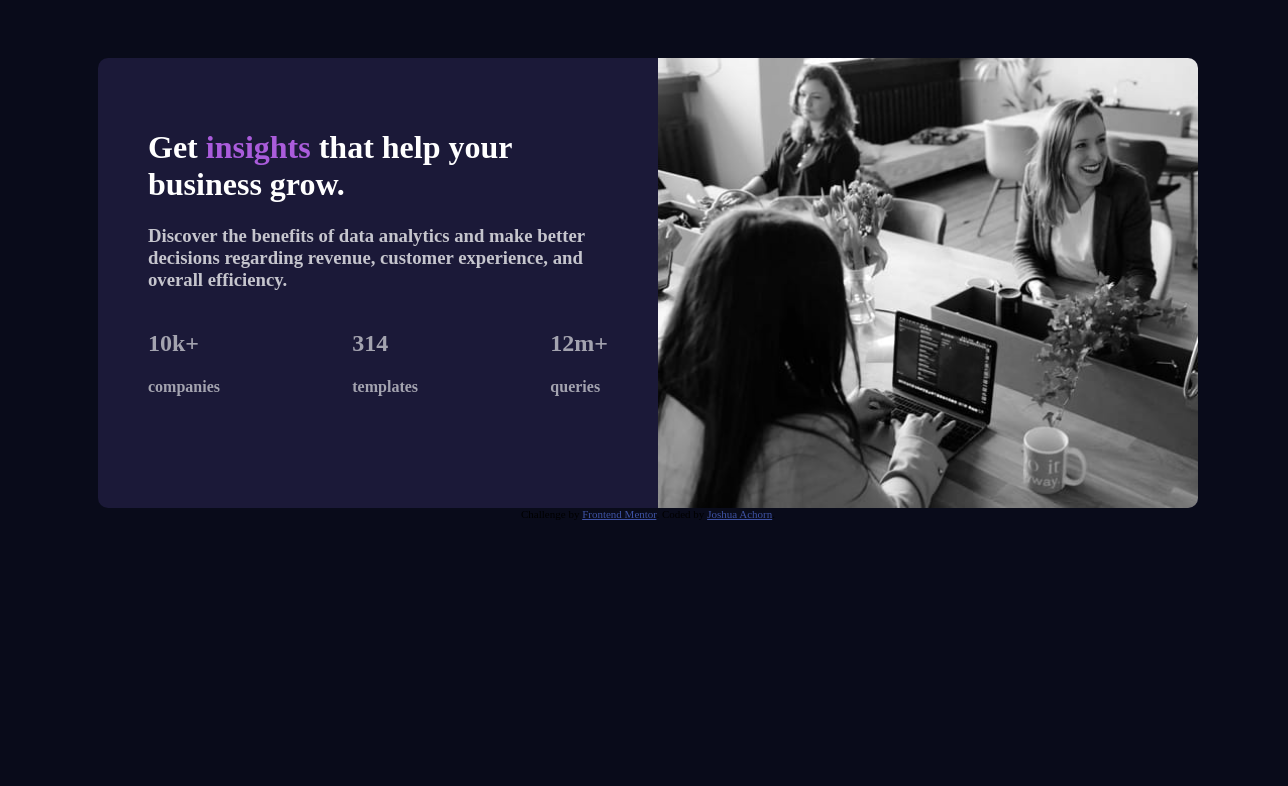
Repository: Achorn/stats-preview-card
Page: index.html
The author's editor kept a copy of each file at every save. The page is drawn from the files as they stood at one save, then again after the next save.
The browser window is 1280 px wide. The page is 1288 px wide, so the pictures cover 1288 px, including what lies to the right of the window. The pictures show the whole page.

Above is the page before, as saved 2021-06-16 20:33:31.

### index.html
<!DOCTYPE html>
<html lang="en">
  <head>
    <meta charset="UTF-8" />
    <meta name="viewport" content="width=device-width, initial-scale=1.0" />
    <!-- displays site properly based on user's device -->
    <link rel="stylesheet" href="styles.css" />
    <link
      rel="icon"
      type="image/png"
      sizes="32x32"
      href="./images/favicon-32x32.png"
    />

    <title>Frontend Mentor | Stats preview card component</title>

    <!-- Feel free to remove these styles or customise in your own stylesheet 👍 -->
    <style>
      .attribution {
        font-size: 11px;
        text-align: center;
      }
      .attribution a {
        color: hsl(228, 45%, 44%);
      }
    </style>
  </head>
  <body>
    <div id="card-container">
      <div id="text-container">
        <div id="title-container">
          <h1 id="title">
            Get <span style="color: hsl(277, 64%, 61%)">insights</span> that
            help your business grow.
          </h1>
          <h3 id="sub">
            Discover the benefits of data analytics and make better decisions
            regarding revenue, customer experience, and overall efficiency.
          </h3>
        </div>

        <div id="desc-container">
          <div id="desc">
            <h2>10k+</h2>
            <h4 id="stat">companies</h4>
          </div>
          <div id="desc">
            <h2>314</h2>
            <h4 id="stat">templates</h4>
          </div>
          <div id="desc">
            <h2>12m+</h2>
            <h4 id="stat">queries</h4>
          </div>
        </div>
      </div>
      <div id="img-container">
        <img id="stat-image" src="./images/image-header-desktop.jpg" alt="" />
      </div>
    </div>
    <div class="attribution">
      Challenge by
      <a href="https://www.frontendmentor.io?ref=challenge" target="_blank"
        >Frontend Mentor</a
      >. Coded by <a href="#">Joshua Achorn</a>.
    </div>
  </body>
</html>

### styles.css
body {
  padding-top: 50px;
  width: 100%;
  /* background-color: white; */
  background-color: hsl(233, 47%, 7%);
  height: 100vh;
  /* display: flex;
  flex-direction: column;
  justify-content: center;
  align-items: center; */
  text-align: center;
}

#card-container {
  text-align: left;
  margin: 0 auto;
  overflow: hidden;
  border-radius: 10px;
  width: 90%;
  max-width: 1100px;
  color: white;
  background-color: hsl(244, 38%, 16%);
  display: flex;
}

#text-container {
  padding: 50px;
}
#sub {
  color: hsla(0, 0%, 100%, 0.75);
}
#desc-container {
  display: flex;
  justify-content: space-between;
  flex-wrap: wrap;
}
#desc {
  color: hsla(0, 0%, 100%, 0.6);
}
#img-container {
  position: relative;
  z-index: 1;
  /* background: hsl(277, 64%, 61%); */
  margin: 0px;
  display: inline-block;
}
img {
  position: relative;
  z-index: 0;
  width: auto;
  height: 100%;
  /* opacity: 0.5; */
}

@media screen and (max-width: 1000px) {
  #card-container {
    max-width: 600px;
    text-align: center;
    width: 90%;
    flex-direction: column-reverse;
  }
  img {
    width: 100%;
    height: auto;
  }
}

@media screen and (max-width: 500px) {
  #desc-container {
    flex-direction: column;
    justify-content: center;
  }
}

After the next save:
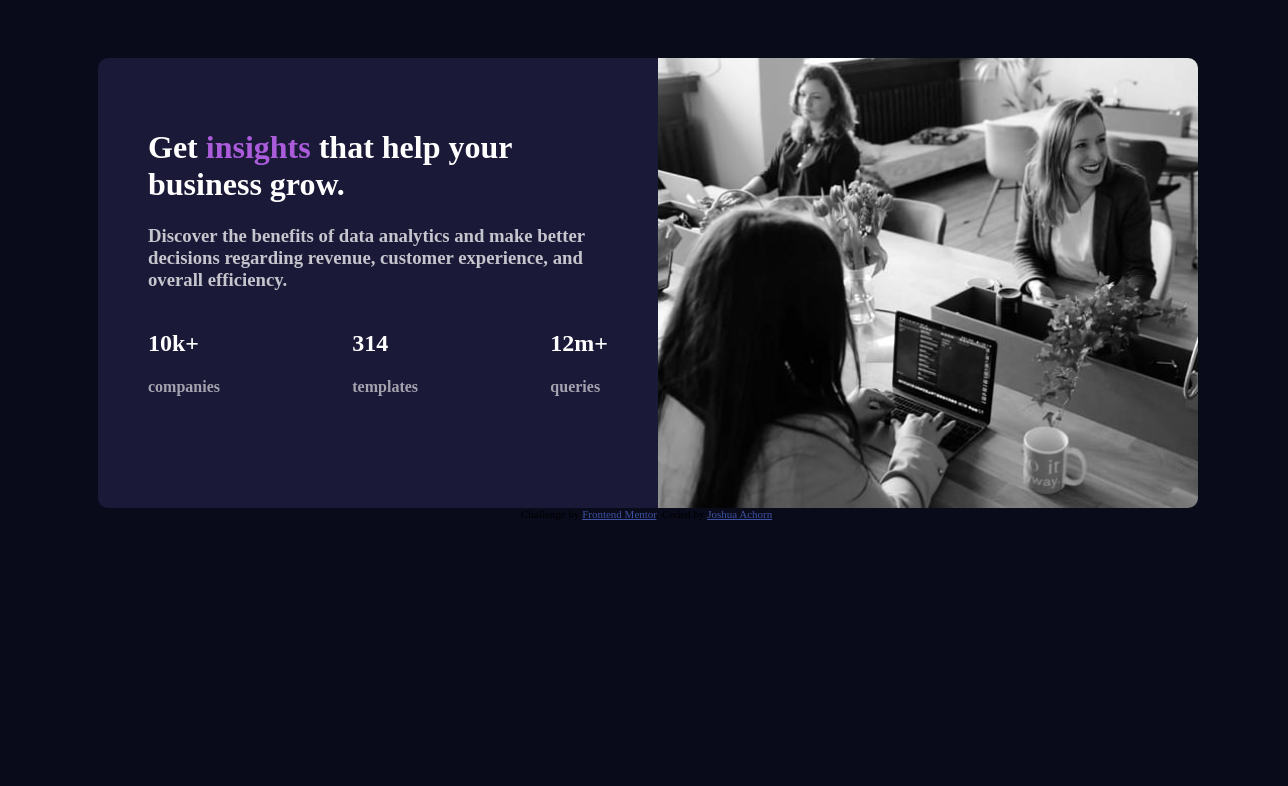
Saved 22 s later.
--- a/styles.css
+++ b/styles.css
@@ -34,7 +34,8 @@ body {
   justify-content: space-between;
   flex-wrap: wrap;
 }
-#desc {
+
+#stat {
   color: hsla(0, 0%, 100%, 0.6);
 }
 #img-container {
